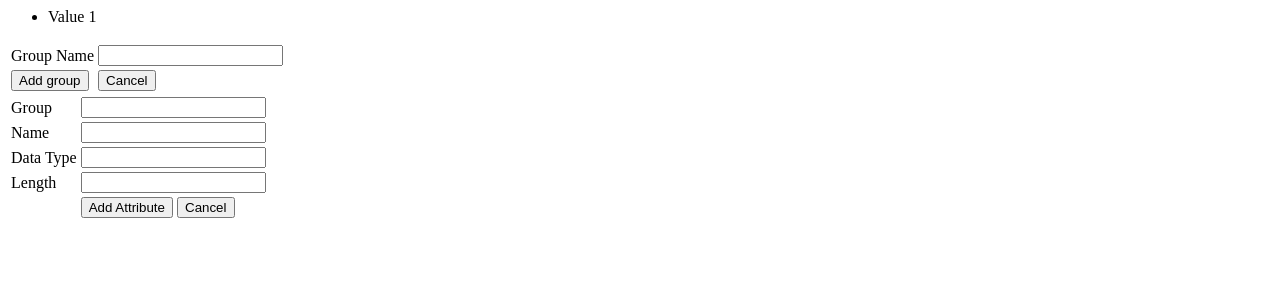
Repository: joliest/MyGits
Page: http://localhost/MiniTracker/Attribute.jsp
These files come from the project's save history. The page is drawn as it stood at one moment and after the next save; the edit follows.
The browser window is 1280 px wide. The pictures show the whole page.
Some web libraries are served in a nearby version. The page is served by Tomcat 9. Other server files are loaded and not shown.

Above is the page before, as saved 2017-10-10 17:14:18.

### Java/Project_JIRA/MiniTracker/WebContent/Attribute.jsp
<%@ page language="java" contentType="text/html; charset=ISO-8859-1"
    pageEncoding="ISO-8859-1"%>
<html>
	<head>
		<title>Attribute Page</title>
		<script src="https://ajax.googleapis.com/ajax/libs/jquery/3.2.1/jquery.min.js"></script>
		<script src="js/Attribute.js"></script>
	</head>
	<body>
		<div id="AttributeListBox">
			<ul id="RoleList">
				<li>Value 1</li>
			</ul>

		</div>

		<div id="AttributeGroupTextFieldBox">
			<table>
				<tr>
					<td>Group Name</td>
					<td><input type="text" id="attribGroupName"></td>
				</tr>
				<tr>
					<td><button type="button" id="addAttributeGroup">Add group</button></td>
					<td><button type="button" id="cancel">Cancel</button></td>
				</tr>
			</table>
		</div>

		<div id="AttributeTextFieldBox">
			<table>
				<tr>
					<td>Group</td>
					<td><input type="text" id="attribGroup"></td>
				</tr>
				<tr>
					<td>Name</td>
					<td><input type="text" id="attribName"></td>
				</tr>
				<tr>
					<td>Data Type</td>
					<td><input type="text" id="attribDataType"></td>
				</tr>
				<tr>
					<td>Length</td>
					<td><input type="text" id="attribLength"></td>
				</tr>
				<tr>
					<td></td>
					<td><button type="button" id="addAttribute">Add Attribute</button>
						<input type="button" value="Cancel">
					</td>
				</tr>
			</table>
		</div>
	</body>
</html>

### Java/Project_JIRA/MiniTracker/WebContent/js/Attribute.js

$(document).ready(function(){
	$("#addAttribute").click(function(){
		$.post("/MiniTracker/Attribute.do",
				{
					category : "add",
					groupName : $("#attribGroup").val(),
					name : $("#attribName").val(),
					dataType : $("#attribDataType").val(),
					length : $("#attribLength").val()
				},
				function(data, status) {
					alert(data);
				})
	})
})


/*
function addAttribute(value) {
	var buttonType = value;

	var xhttp = new XMLHttpRequest();

	xhttp.onreadystatechange = function() {
		if(this.readyState == 4 && this.status == 200) {
			alert("Ok");
		}
	};

	xhttp.open("POST", "MiniTracker/");
	xhttp.send();
}

*/

After the next save:
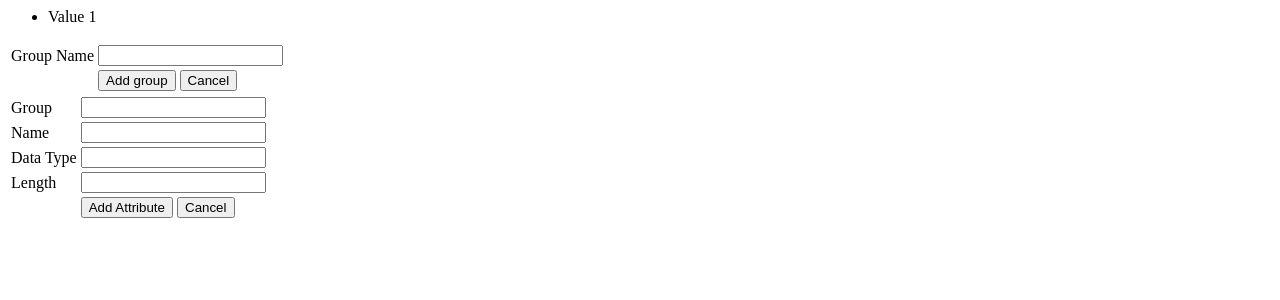
Saved 20 s later.
--- a/Java/Project_JIRA/MiniTracker/WebContent/Attribute.jsp
+++ b/Java/Project_JIRA/MiniTracker/WebContent/Attribute.jsp
@@ -21,8 +21,9 @@
 					<td><input type="text" id="attribGroupName"></td>
 				</tr>
 				<tr>
-					<td><button type="button" id="addAttributeGroup">Add group</button></td>
-					<td><button type="button" id="cancel">Cancel</button></td>
+					<td></td>
+					<td><button type="button" id="addAttributeGroup">Add group</button>
+						<button type="button" id="cancel">Cancel</button></td>
 				</tr>
 			</table>
 		</div>
